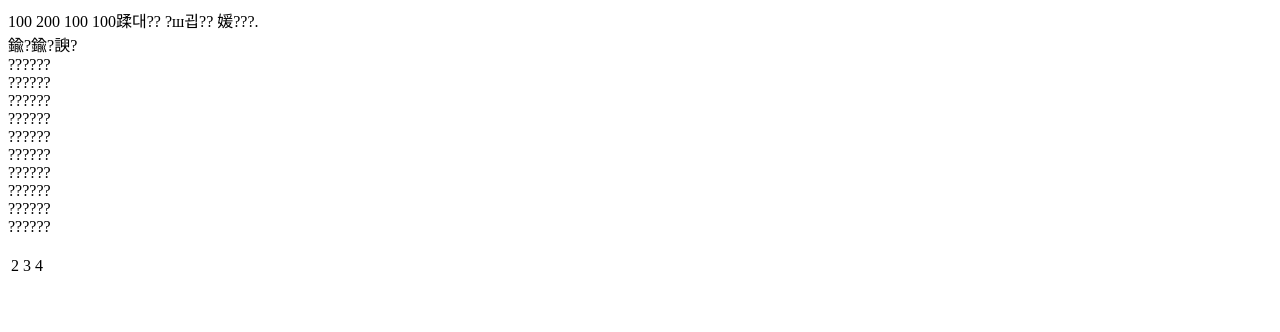
Repository: lee010207/HTML-CSS-JS
Page: http://localhost/EL_JSTL/jstlTest.jsp
An editor plug-in stored every save of this project. The page is shown before and after the next save, followed by the edit.
The browser window is 1280 px wide. The pictures show the whole page.
The page is served by Tomcat 9. Other server files are loaded and not shown.

Above is the page before, as saved 2023-09-01 03:27:20.

### 04. Server/EL_JSTL/src/main/webapp/jstlTest.jsp
<%@ page language="java" contentType="text/html; charset=EUC-KR"
    pageEncoding="EUC-KR"%>

<!--  JSTL을 사용하기 위한 Tag Library 추가 -->
<!-- 추가로 jstl lib 프로젝트에 추가 (prefix(접두어)를 c로 설정) -->
<%@ taglib prefix="c" uri="http://java.sun.com/jsp/jstl/core"%>
<!DOCTYPE html>
<html>
<head>
<meta charset="EUC-KR">
<title>Insert title here</title>
</head>
<body>
	<!--
		JSTL 사용하기(EL이랑 함께 주로 쓰임)
		- 여는태그, 닫는태그 사이에 아무 내용(컨턴츠)이 안들어가기 떄문에 홀태그로도 사용 가능
		- 특정 영역에 저장하려면 Scope 속성 활용

	-->

	<!-- page영역에 값 넣기(JSTL)
		 - c:set은 기본적으로 page영역에 저장됨
	-->
	<c:set var="num" value="100" />
	<c:set var="num" scope="session" value="200" />
	${num}
	${sessionScope.num }

	<!-- EL = c:out : 값을 밖으로 출력해주는 역할 -->
	<c:out value="${num}"/>

	<!-- JSTL을 활용한 조건문 -->
	<c:if test="${num >= 100}">
		100보다 크거나 같음.
	</c:if>
	<c:if test="${num < 100 }">
		100보다 작음.
	</c:if>

	<br>

	<!-- 다중if문(like switch) -->
	<c:set var="time" value="점심"/>

	<c:choose>
		<c:when test="${time == '아침' }">
			토스트
		</c:when>
		<c:when test="${time == '점심' }">
			비빔밥
		</c:when>
		<c:when test="${time == '저녁' }">
			족발
		</c:when>
		<c:otherwise>
			라면
		</c:otherwise>
	</c:choose>

	<br>

	<!-- JSTL 반복문
	i는 pageContext 안에 저장됨
	-->
	<c:forEach var="i" begin="1" end="30" step="3">
		☆☆☆<br>

	</c:forEach>

	<br>

	<table>
	<tr>
	<td>2</td>
	<td>3</td>
	<td>4</td>
	</tr>
	</table>

</body>
</html>

After the next save:
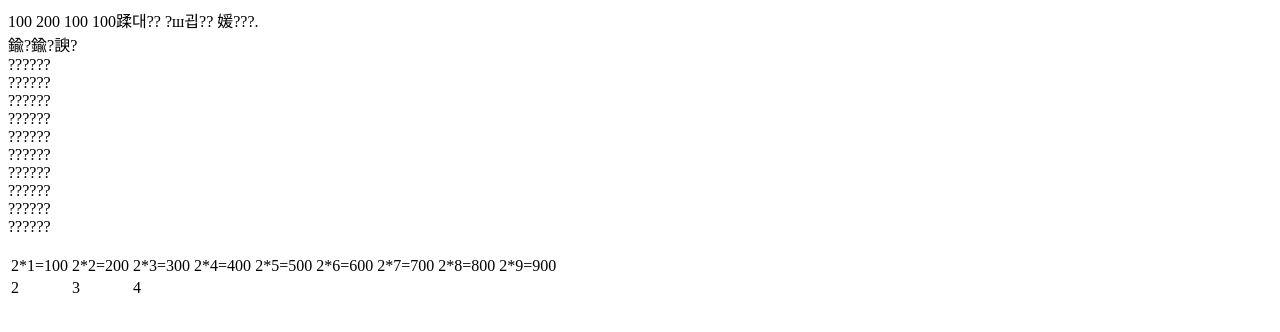
Saved 4 min 11 s later.
--- a/04. Server/EL_JSTL/src/main/webapp/jstlTest.jsp
+++ b/04. Server/EL_JSTL/src/main/webapp/jstlTest.jsp
@@ -68,8 +68,13 @@
 	</c:forEach>
 
 	<br>
-
+	<c:set var="num1" value="2"></c:set>
 	<table>
+	<tr>
+	<c:forEach var="i" begin="1" end="9" step="1">
+		<td>${num1 }*${i }=${num*i }</td>
+	</c:forEach>
+	</tr>
 	<tr>
 	<td>2</td>
 	<td>3</td>
